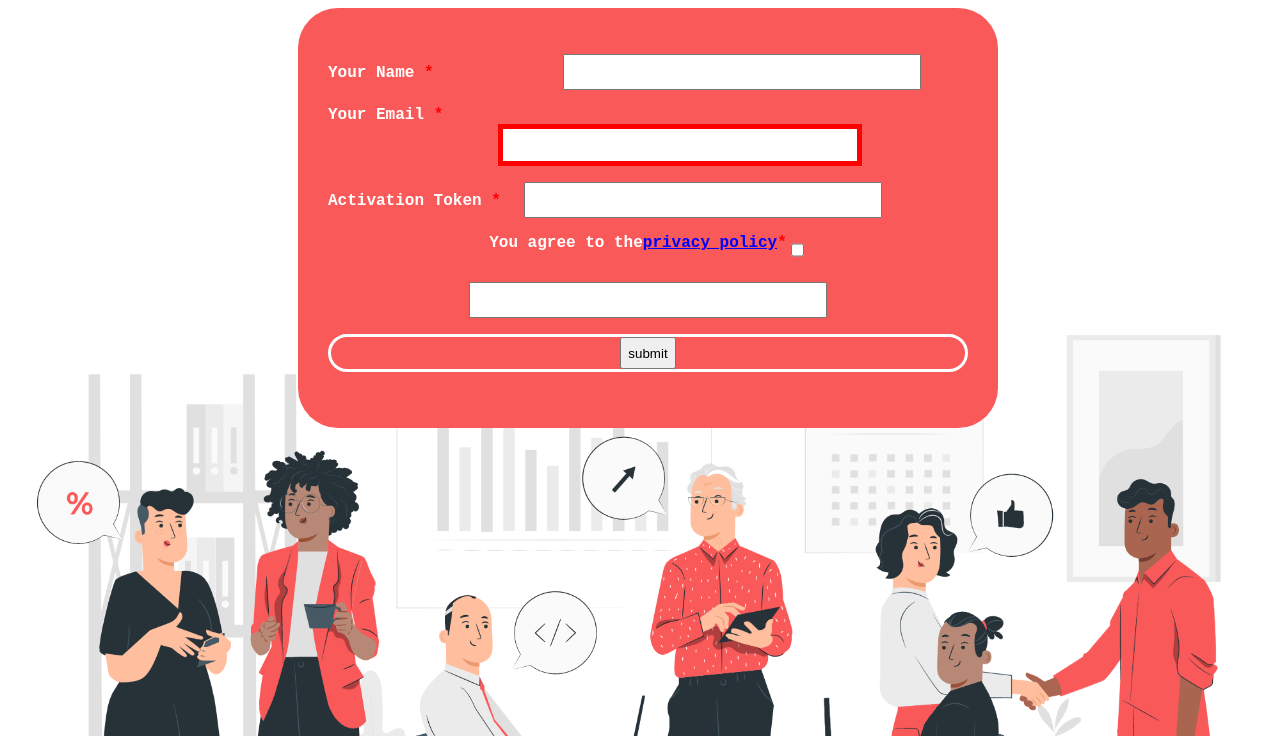
Repository: Rachael4life/Assignment-1
Page: starter-code/src/index.html
An editor plug-in stored every save of this project. The page is shown before and after the next save, followed by the edit.
The browser window is 1280 px wide. The page is 1288 px wide, so the pictures cover 1288 px, including what lies to the right of the window. The pictures show the whole page.

Above is the page before, as saved 2022-02-28 06:22:08.

After the next save:
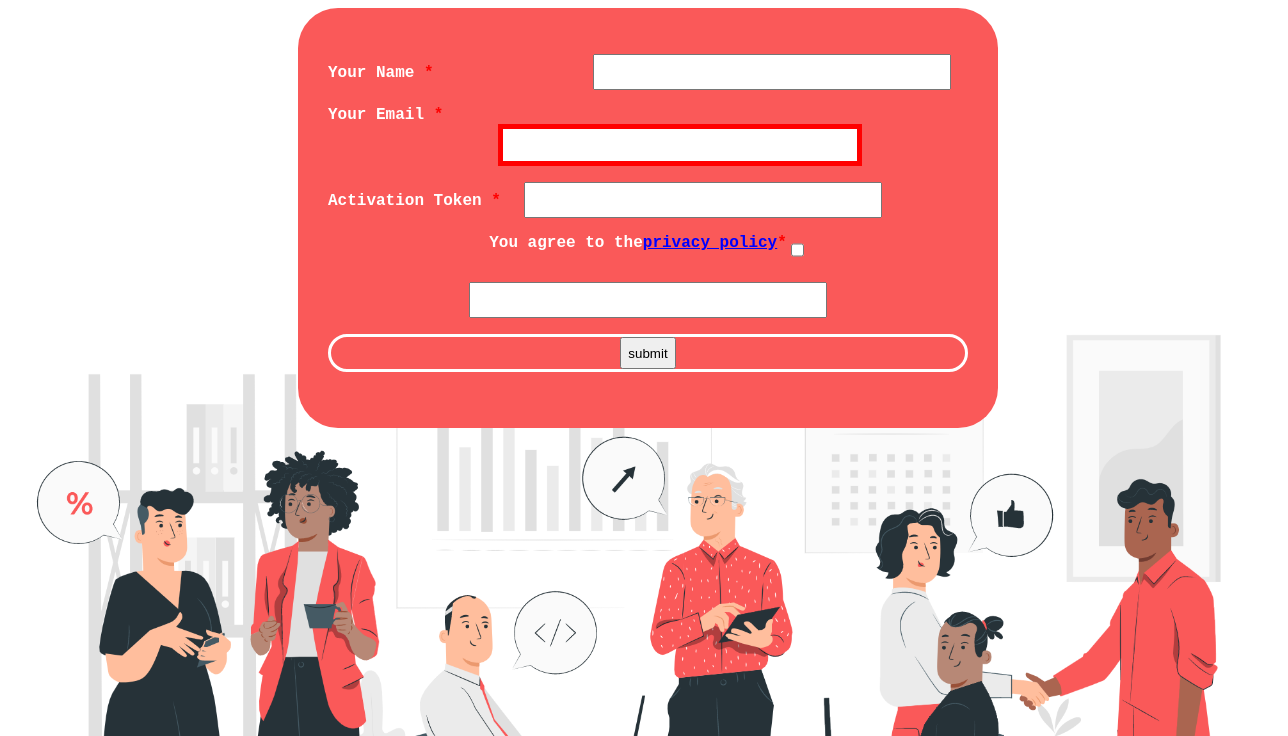
Saved 12 s later.
--- a/starter-code/src/style.css
+++ b/starter-code/src/style.css
@@ -18,7 +18,7 @@ form {
     font-weight: bold;
 }
 #name {
-    margin-left: 120px;
+    margin-left: 150px;
     height: 30px;
     width: 350px;
 }
